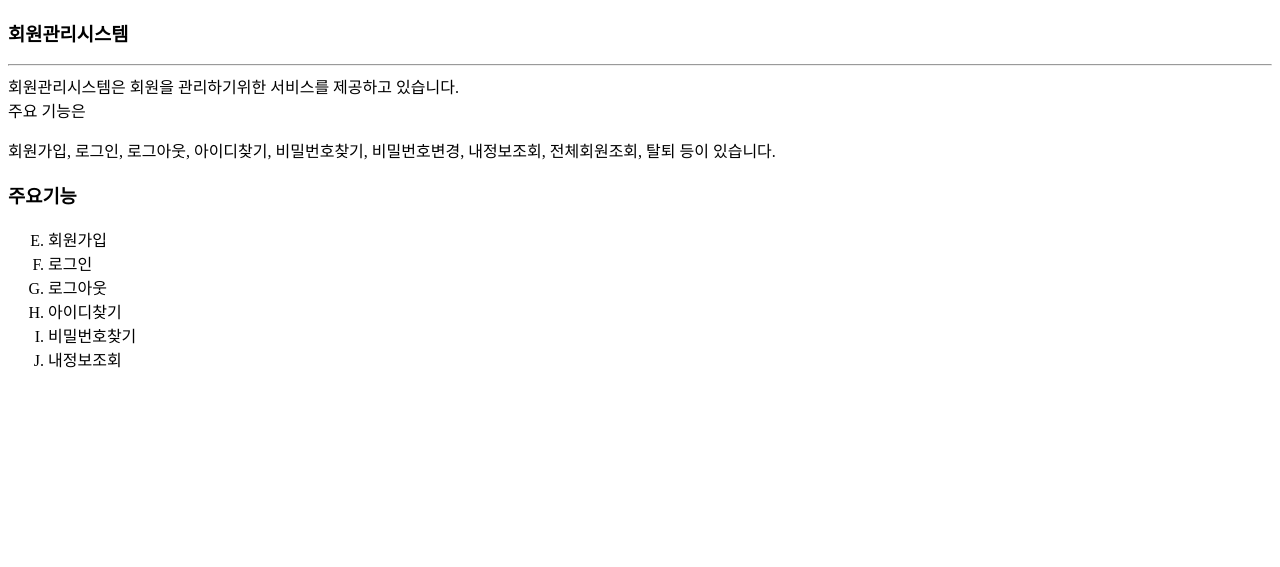
Repository: helloJunejun/WorkSpace_WebUi
Page: 0.1html_basic/src/main/webapp/WEB-INF/index.html
The author's editor kept a copy of each file at every save. The page is drawn from the files as they stood at one save, then again after the next save.
The browser window is 1280 px wide. The pictures show the whole page.

Above is the page before, as saved 2021-06-23 06:39:50.

### 0.1html_basic/src/main/webapp/WEB-INF/index.html
<!DOCTYPE html PUBLIC "-//W3C//DTD HTML 4.01 Transitional//EN" "http://www.w3.org/TR/html4/loose.dtd">
<html>
<head>
<meta http-equiv="Content-Type" content="text/html; charset=UTF-8">
<title>MMS</title>
</head>
<body>
<h3>회원관리시스템</h3>
<hr>
회원관리시스템은 회원을 관리하기위한 서비스를 제공하고 있습니다.<br>
주요 기능은 <p>회원가입, 로그인, 로그아웃, 아이디찾기, 비밀번호찾기, 비밀번호변경, 내정보조회, 전체회원조회, 탈퇴 등이 있습니다.

<h3>주요기능</h3>
<ol type="A" start="5">
	<li>회원가입</li>
	<li>로그인</li>
	<li>로그아웃</li>
	<li>아이디찾기</li>
	<li>비밀번호찾기</li>
	<li>내정보조회</li>
</ol>
</body>
</html>

After the next save:
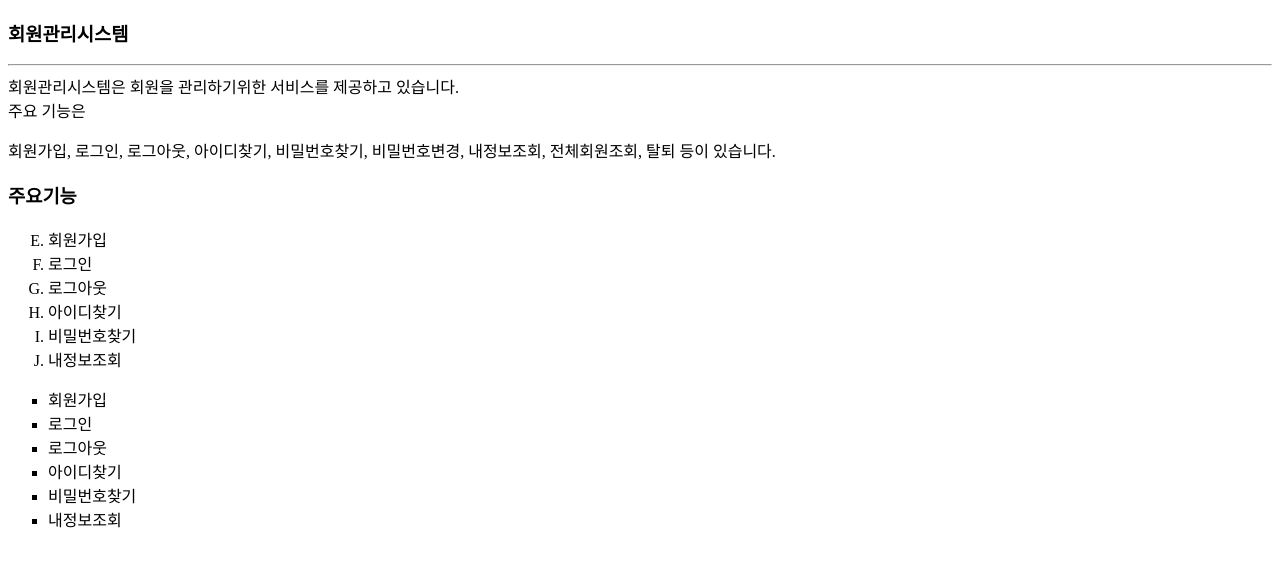
Saved 2 min 39 s later.
--- a/0.1html_basic/src/main/webapp/WEB-INF/index.html
+++ b/0.1html_basic/src/main/webapp/WEB-INF/index.html
@@ -19,5 +19,14 @@
 	<li>비밀번호찾기</li>
 	<li>내정보조회</li>
 </ol>
+
+<ul type="square">
+	<li>회원가입</li>
+	<li>로그인</li>
+	<li>로그아웃</li>
+	<li>아이디찾기</li>
+	<li>비밀번호찾기</li>
+	<li>내정보조회</li>
+</ul>
 </body>
 </html>
